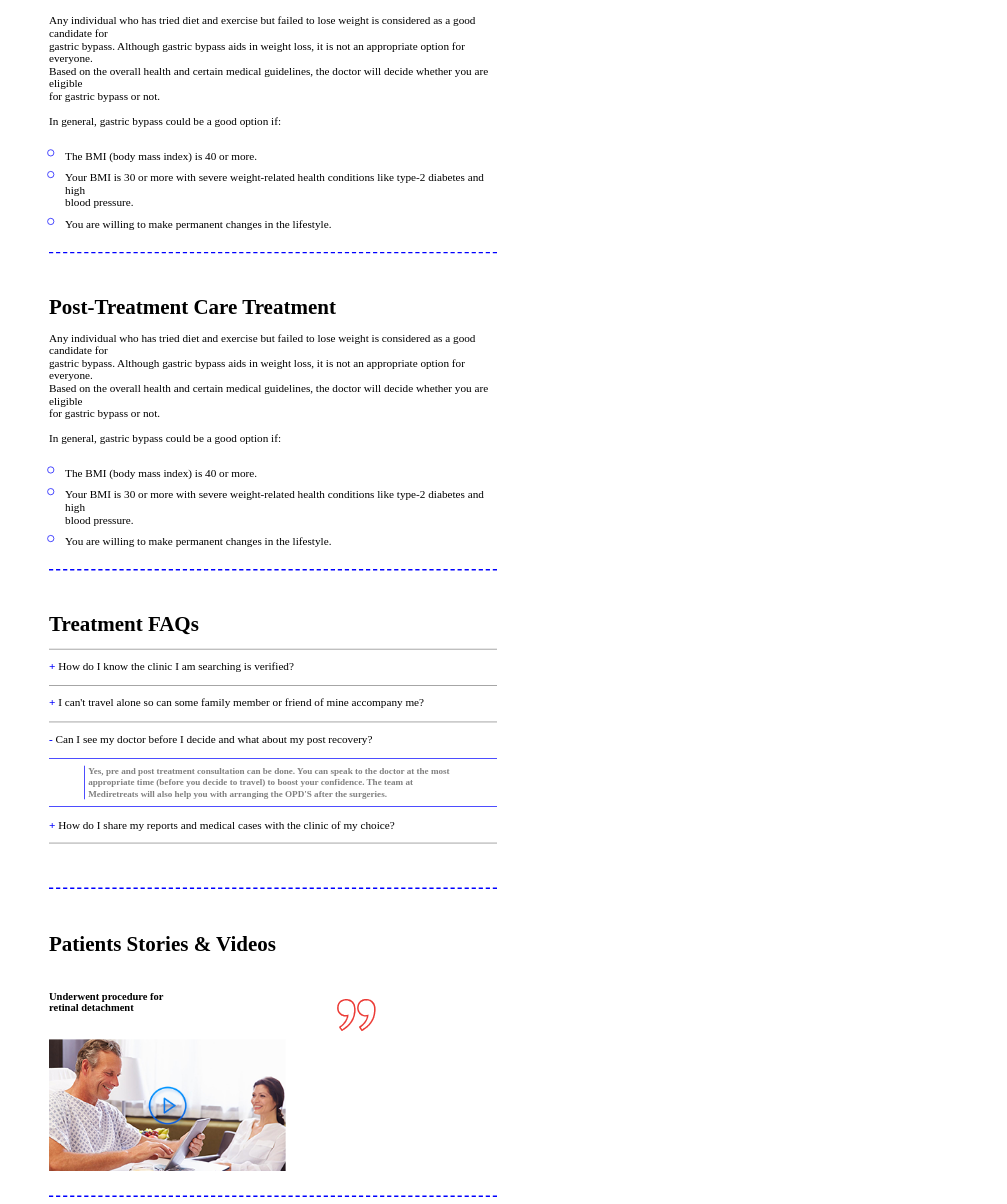
Repository: hetuk2005/webDevelopment
Page: Projects/Aafiya.html
These files come from the project's save history. The page is drawn as it stood at one moment and after the next save; the edit follows.
The browser window is 1280 px wide. The page is 1438 px wide, so the pictures cover 1438 px, including what lies to the right of the window. The pictures show the part of the page from y = 2787 to 4507 px (the page is 4507 px tall), at 70% of full size.

Above is the page before, as saved 2025-04-08 10:32:51.

After the next save:
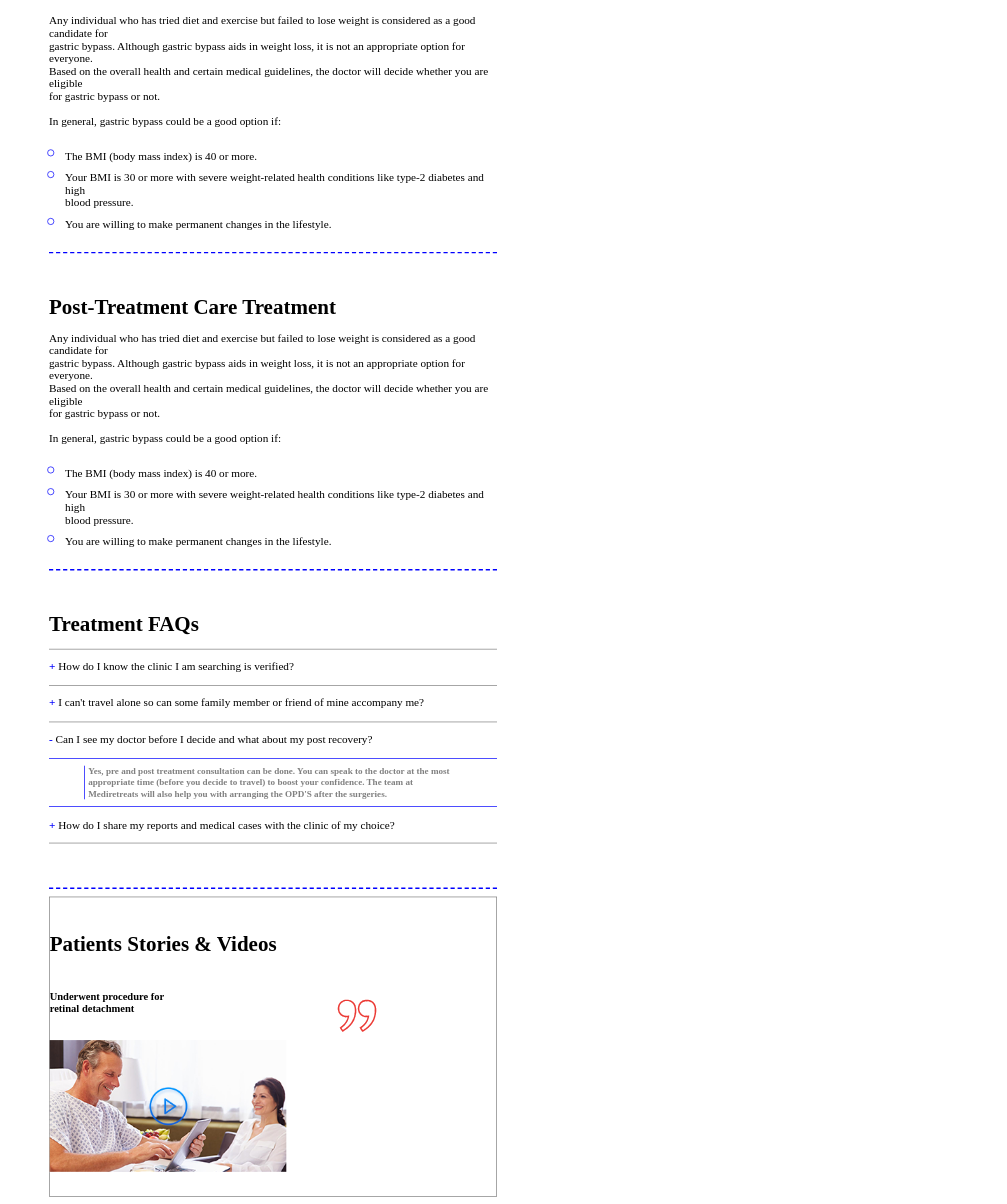
Saved 40 s later.
--- a/Projects/CSS/Aafiya.css
+++ b/Projects/CSS/Aafiya.css
@@ -509,6 +509,10 @@ span {
     font-weight: bold;
 }
 
+.patient_stories {
+    border: 1px solid gray
+}
+
 .patient_stories>.stories_img>.text1 {
     display: flex;
     gap: 20px;
